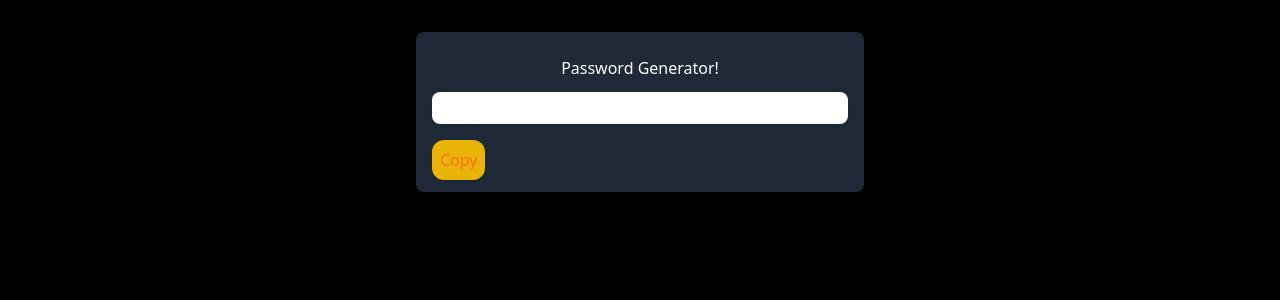
Repository: tirth2014/chai-aur-react
Page: / (app in 05_password-generator/)
These files come from the project's save history. The page is drawn as it stood at one moment and after the next save; the edit follows.
The browser window is 1280 px wide. The pictures show the whole page.
The project was rebuilt for these pictures with package versions that can differ from the ones it lists, and the page was loaded fresh each time. Also part of the build but not shown: 05_password-generator/vite.config.js.

Above is the page before, as saved 2023-10-07 16:44:09.

After the next save:
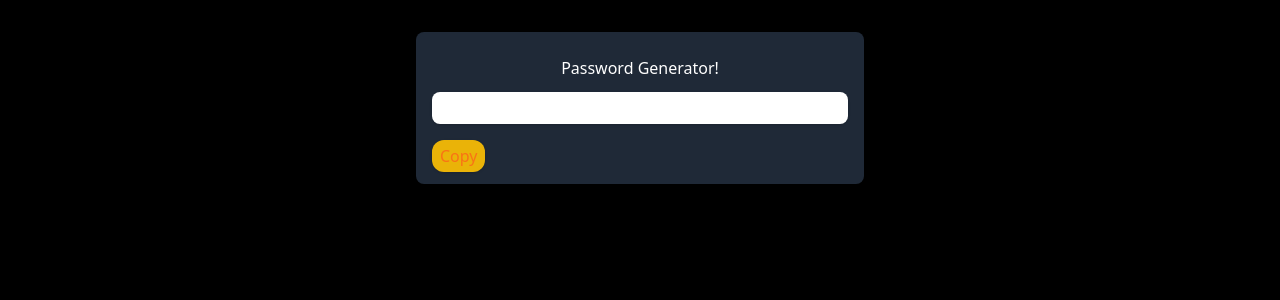
Saved 11 s later.
--- a/05_password-generator/src/App.jsx
+++ b/05_password-generator/src/App.jsx
@@ -20,7 +20,7 @@ function App() {
           className='outline-none w-full py-1 px-3'
           />
         </div>
-        <button className='shadow bg-yellow-500 rounded-xl p-2'>Copy</button>
+        <button className='shadow bg-yellow-500 rounded-xl px-2 py-1'>Copy</button>
       </div>
     </>
   )
